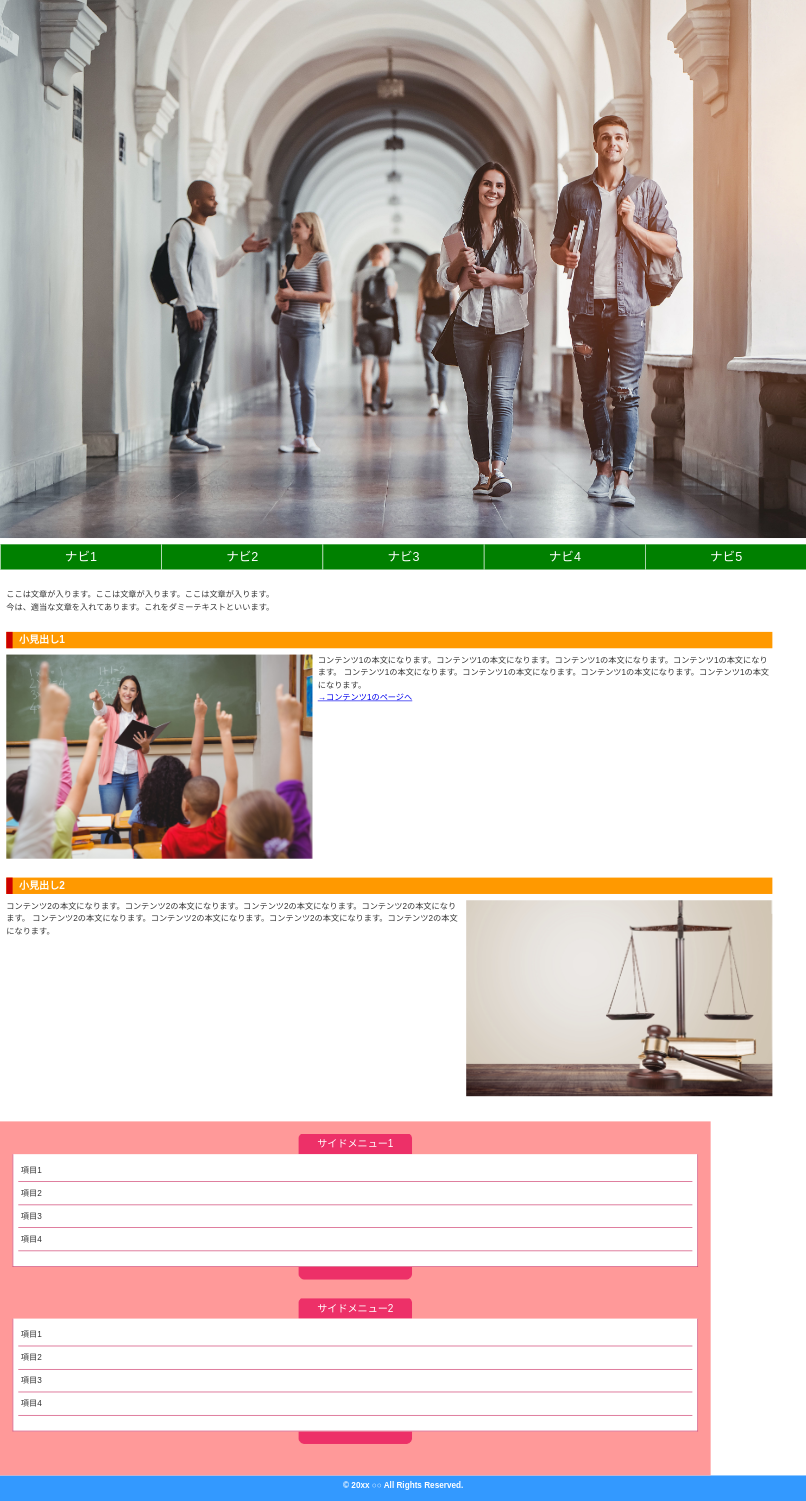
Repository: slowmoter1/samurai_HTML-CSS
Page: Study1/home.html
The author's editor kept a record of every edit. The page is drawn from the files as they stood at one moment, then again after the next edit.
The browser window is 1280 px wide. The pictures show the whole page, at 63% of full size.

Above is the page before.

### Study1/home.html

<html lang="ja">
    <head>
        <meta charset="UTF-8">
        <title>HTML/CSSの学習</title>
        <link rel="stylesheet" href="stylesheet.css">
    </head>
    <body>
        <div id="header">
            <h1><a href="index.html"><img id="corridor" src="images/corridor.jpg" alt="大学の廊下" /></a></h1>
        </div>
        <div id="wrapper">
            <div id="nav">
                <ul>
                    <li><a href="home.html">ナビ1</a></li>
                    <li><a href="#">ナビ2</a></li>
                    <li><a href="#">ナビ3</a></li>
                    <li><a href="#">ナビ4</a></li>
                    <li><a href="#">ナビ5</a></li>
                </ul>
            </div>
               <div id="container">
                 <div id="main">
                    <div class="post">
                       <p>ここは文章が入ります。ここは文章が入ります。ここは文章が入ります。<br />今は、適当な文章を入れてあります。これをダミーテキストといいます。</p>
                    </div>
                    <div class="post clearfix">
                        <h2>小見出し1</h2>
                        <img class="left" src="images/classroom.jpg" alt="授業風景" />
                        <p>
                            コンテンツ1の本文になります。コンテンツ1の本文になります。コンテンツ1の本文になります。コンテンツ1の本文になります。
                            コンテンツ1の本文になります。コンテンツ1の本文になります。コンテンツ1の本文になります。コンテンツ1の本文になります。
                        </p>
                        <p><a href="#">→コンテンツ1のページへ</a></p>
                    </div>
                    <div class="post clearfix">
                        <h2>小見出し2</h2>
                        <img class="right" src="images/scale.jpg" alt="天秤" />
                        <p>
                            コンテンツ2の本文になります。コンテンツ2の本文になります。コンテンツ2の本文になります。コンテンツ2の本文になります。
                            コンテンツ2の本文になります。コンテンツ2の本文になります。コンテンツ2の本文になります。コンテンツ2の本文になります。
                        </p>
                    </div>
                </div>
                <div id="side">
                    <div class="box">
                        <h2>サイドメニュー1</h2>
                        <div class="boxBody">
                            <ul>
                                <li>項目1</li>
                                <li>項目2</li>
                                <li>項目3</li>
                                <li>項目4</li>
                            </ul>
                        </div>
                    </div>
                    <div class="box">
                        <h2>サイドメニュー2</h2>
                        <div class="boxBody">
                            <ul>
                                <li>項目1</li>
                                <li>項目2</li>
                                <li>項目3</li>
                                <li>項目4</li>
                            </ul>
                        </div>
                    </div>
                </div>
            </div>
        </div>
        <div id="footer">
            <p>&copy; 20xx ○○ All Rights Reserved.</p>
        </div>
    </body>
</html>

### Study1/stylesheet.css
@charset "utf-8";

body {
	margin: 0;
	padding: 0;
	font-family: "ヒラギノ角ゴ Pro W3", "Hiragino Kaku Gothic Pro", "メイリオ", Meiryo, Osaka, "ＭＳ Ｐゴシック", "MS PGothic", sans-serif;
	color: #333;
	font-size: 13px;
	line-height: 150%;
}

/* -------------------- wrapper -------------------- */
#wrapper {
	width: 100%;
	margin: auto;
	padding: 0px;
	border: 0px;
	background-color: #FFF;
	top: 10px;
	position: relative;
}

/* -------------------- header -------------------- */
#header{
	width: 100%;
}
#header h1{
	margin: 0;
	padding: 0;
}

#corridor{
	width: 100%;
	height: auto;
}

/* -------------------- footer -------------------- */
 #footer {
 	 clear: both;
 	 width: 100%;
	 padding: 3px 0 3px 0;
 	 background: #39F;
 	 color: #FFF;
 	 font-weight: bold;
 	 text-align: center;
 }

 /* -------------------- nav -------------------- */

 #nav {
 	width: 100%;
 }
 #nav ul {
  display: flex;
 	 margin: 0;
 	 padding: 0;
 	 list-style-type: none;
 }

 #nav ul li{
 	width: 20%;
 	text-align: center;
 }

 #nav ul li a{
 	display: block;
 	height: 20px;
 	margin: 0;
 	padding: 10px;
 	color: #FFF;
 	font-size: 20px;
 	text-decoration: none;
 	background-color: green;
 	border-left: 1px solid white;
 }

 #nav ul li a:hover{
  filter: drop-shadow(10px 10px 10px black);
 }


 /* -------------------- container -------------------- */
 #container {
 	width: 100%;
 	margin: auto;
 	padding-top: 20px;
 	clear: both;
 	display: grid;
 	grid-template-column: 70vw 30vw
 }

 /* -------------------- main -------------------- */

 #main {
 	width: 95%;
 	padding: 10px 30px 10px 10px;
 }

 #main h2{
 	margin: 0 0 10px 0;
 	padding: 3px 10px 3px 10px;
 	color: #FFF;
 	font-size: 16px;
 	border-left: solid 10px #C00;
 	background-color: #F90;

 }

 #main p{
 	margin: 0;
 	padding: 0;}

 #main .post{
 	margin: 0 0 30px 0;
 }

#main .post img.right{
	margin: 0 0 0 8px;
}

#main .post img.left{
	margin: 0 8px 0 0;
}

.right{
	float: right;
	width: 40%;
	height: auto;
}

.left{
	float: left;
	width: 40%;
	height: auto;
}

/* -------------------- clearfix -------------------- */

.clearfix {
	zoom: 1;
}

.clearfix:after{
	content: "";
	display: block;
	clear: both;
}


 /* -------------------- side -------------------- */
 #side {
 	 width: 85%;
 	 padding: 20px;
 	 background-color: #F99;
 }
 #side .box {
 	 margin: 0 auto 30px auto;
 	 padding: 0 0 20px 0;
 	 background: url(images/side_box.png) bottom no-repeat;
 }
 #side .box h2 {
 	 margin: 0;
 	 padding: 8px;
 	 text-align: center;
 	 color: #fff;
 	 font-size: 16px;
 	 line-height: 16px;
 	 font-weight: normal;
 	 background: url(images/side_box_h2.png) center no-repeat;
 }
 #side .box .boxBody {
 	 padding: 8px;
 	 border-right: solid 1px #C36;
 	 border-bottom: solid 1px #C36;
	 border-left: solid 1px #C36;
 	 background: #fff;
 }
 #side .box .boxBody ul {
 	 margin: 0 0 16px 0;
 	 padding: 0;
 }
 #side .box .boxBody ul li {
 	 padding: 8px 0 8px 4px;
 	 list-style: none;
 	 border-bottom: solid 1px #C36;}

 #side .box .boxBody ul li:hover {
 padding: 8px 0 8px 4px;
 list-style: none;
 border-bottom: solid 1px #C36;
 box-shadow: 0px 4px 4px rgba(0, 0, 0, 0.3);

 }

After the next edit:
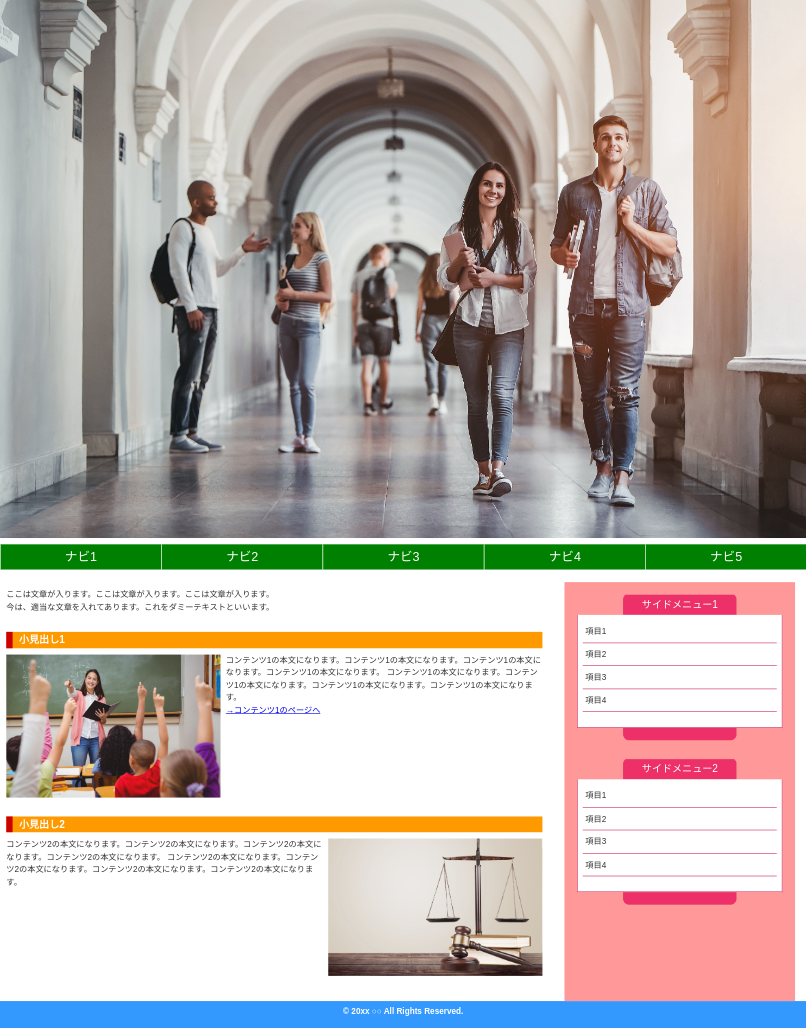
The edit:
--- a/Study1/stylesheet.css
+++ b/Study1/stylesheet.css
@@ -86,7 +86,7 @@
  	padding-top: 20px;
  	clear: both;
  	display: grid;
- 	grid-template-column: 70vw 30vw
+ 	grid-template-columns: 70vw 30vw;
  }
 
  /* -------------------- main -------------------- */
